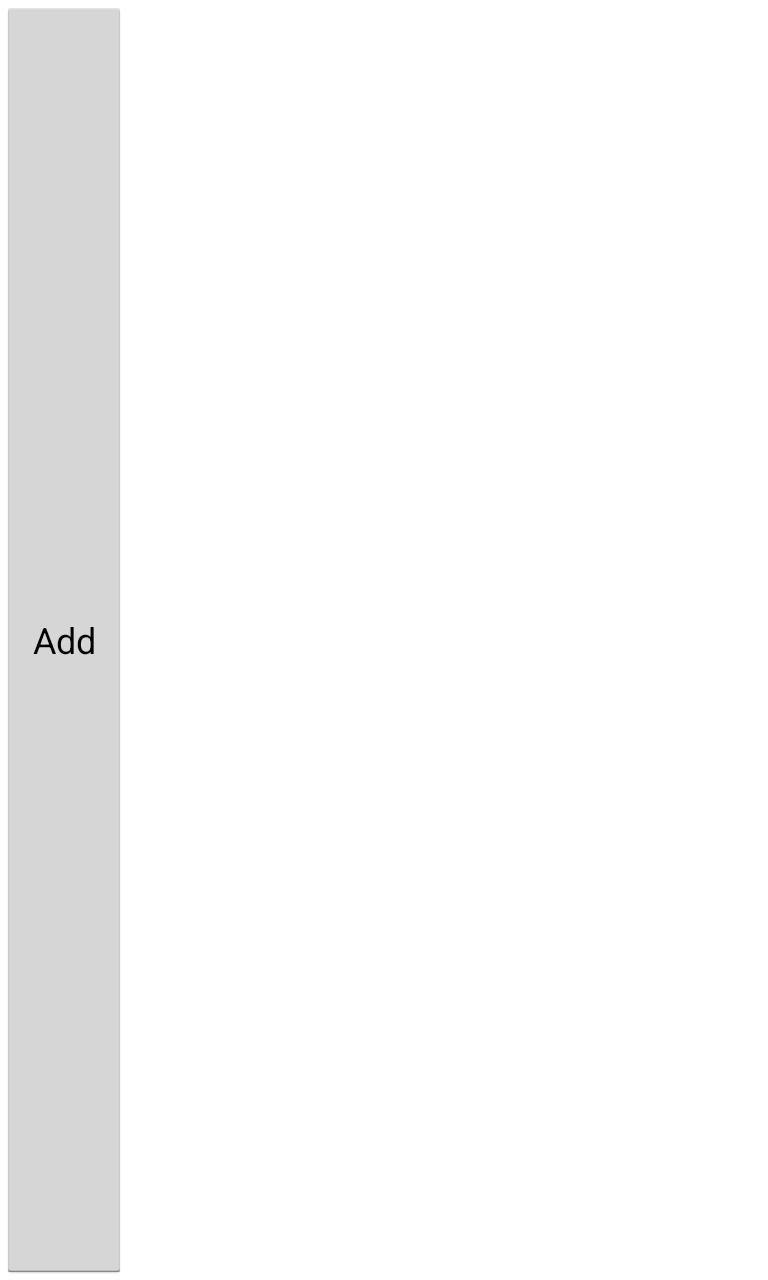
Repository: nick92/ConkyLive
Layout: JusTweet/res/layout/activity_main.xml
The author's editor kept a copy of each file at every save. The layout is drawn from the files as they stood at one save, then again after the next save.
It is drawn on a 768 x 1280 px phone screen (xhdpi) without system bars, with theme AppTheme; the app's code is not run. Lists and similar views that code fills are empty.

Above is the layout before, as saved 2013-06-04 13:51:06.

After the next save:
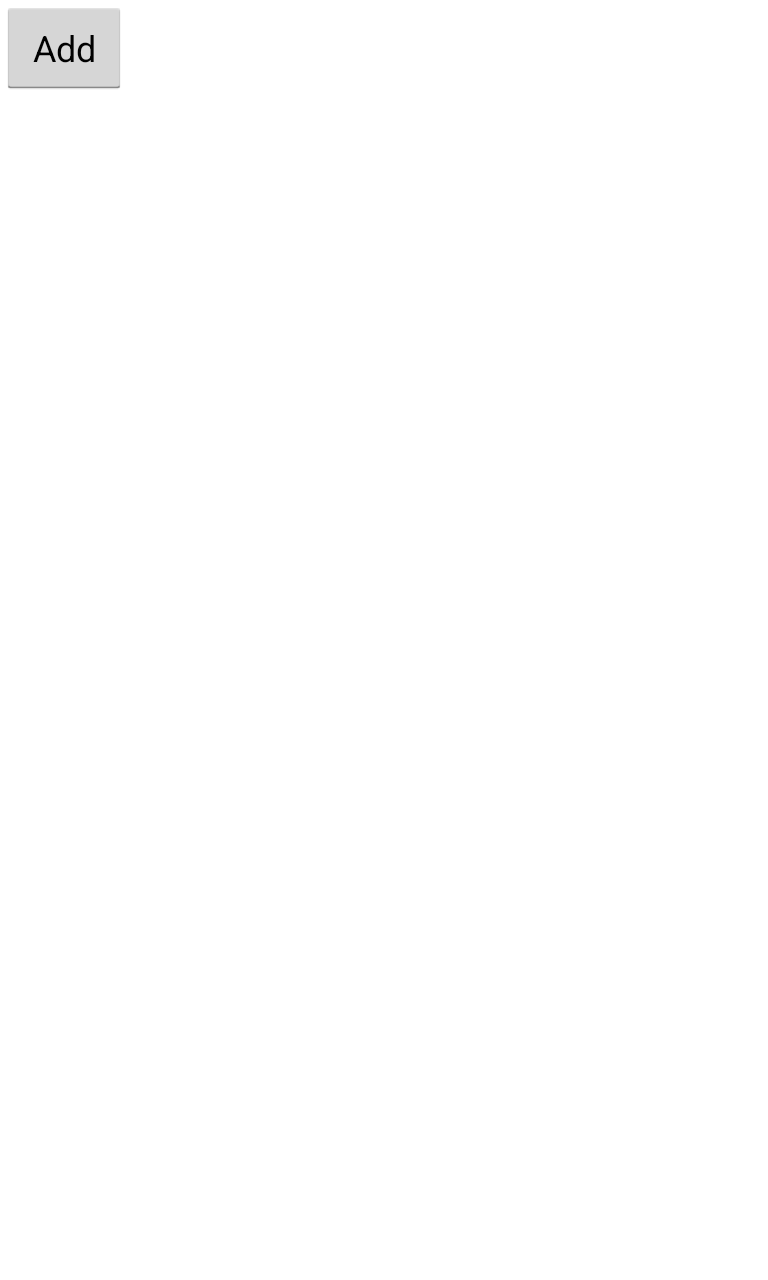
Saved 36 s later.
--- a/JusTweet/res/layout/activity_main.xml
+++ b/JusTweet/res/layout/activity_main.xml
@@ -2,18 +2,17 @@
    android:orientation="vertical"
    android:layout_width="fill_parent"
    android:layout_height="fill_parent">
-
-    <Button
-        android:layout_width="wrap_content"
-        android:layout_height="fill_parent"
-        android:id="@+id/button1"
-        android:text="Add" />
 
 	<ListView
 	    android:id="@+id/listview"
 	    android:layout_width="wrap_content"
 	    android:layout_height="wrap_content" />
 
+	<Button
+        android:layout_width="wrap_content"
+        android:layout_height="wrap_content"
+        android:id="@+id/button1"
+        android:text="Add" />
 </LinearLayout>
 <!-- <LinearLayout xmlns:android="http://schemas.android.com/apk/res/android"
     xmlns:tools="http://schemas.android.com/tools"
